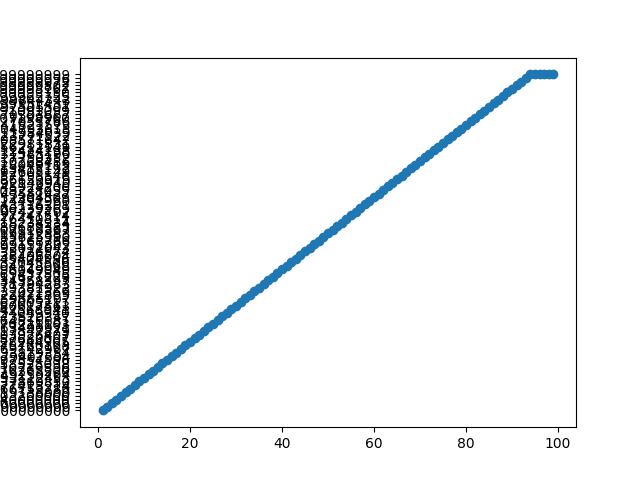
Repository: GreenSheep-Studio/PythonLearning
Script's output: python ArknightsP.py
An editor plug-in stored every save of this project. The script's output is shown before and after the next save, followed by the edit.
Random numbers start from a fixed seed.

Above is the script's output before, as saved 2023-11-06 15:12:36.

### ArknightsP.py
import matplotlib.pyplot as plt
import numpy as np
def P(x):
    if x <= 50:
        return 0.02
    elif x > 50:
        return 0.02 + ((x - 50) * 0.02)
def Posty(x):
    PostyNum = 1
    for i in range(1, x):
        PostyNum = PostyNum * (1- P(i))
    return PostyNum * P(x)
def PostySum(x):
    Sum = 0
    for i in range(1, x + 1):
        Sum += Posty(i)
    return Sum
def Ecp(x):
    Sum = 0
    for i in range(1, x + 1):
        Sum = Sum + (Posty(i) * i)
    return Sum
def main():
    x = 1
    ListP = []
    ListX = []
    while P(x) <= 1:
        ListX.append(x)
        ListP.append(f"{PostySum(x):.15f}")
        x += 1
    for i, j in zip(ListX, ListP):
        print(i, j)
    plt.scatter(ListX, ListP)
    plt.show()
    print(f"{Ecp(x)}")
if __name__ == "__main__":
    main()

After the next save:
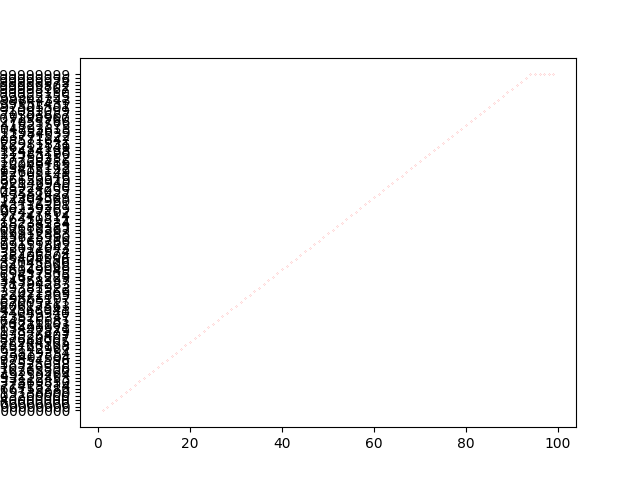
Saved 48 s later.
--- a/ArknightsP.py
+++ b/ArknightsP.py
@@ -30,7 +30,7 @@ def main():
         x += 1
     for i, j in zip(ListX, ListP):
         print(i, j)
-    plt.scatter(ListX, ListP)
+    plt.scatter(ListX, ListP,s=0.01, c="red")
     plt.show()
     print(f"{Ecp(x)}")
 if __name__ == "__main__":
